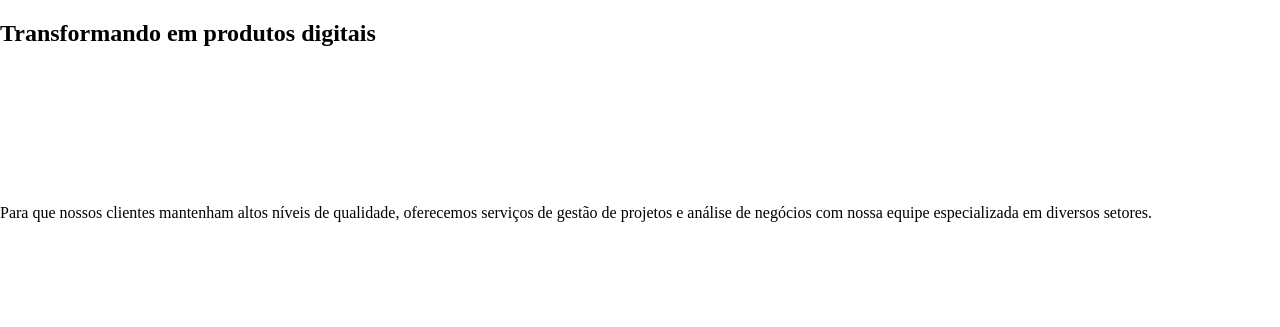
Repository: kleber-goncalves/Landing-Page-Gestao-de-projetos-dnc
Page: index.html
An editor plug-in stored every save of this project. The page is shown before and after the next save, followed by the edit.
The browser window is 1280 px wide. The pictures show the whole page.

Above is the page before, as saved 2025-01-04 14:48:36.

After the next save:
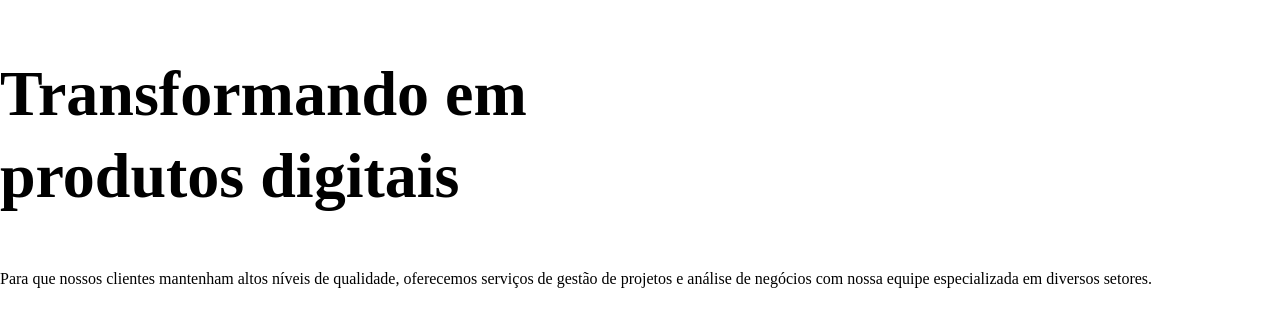
Saved 24 s later.
--- a/style.css
+++ b/style.css
@@ -14,4 +14,12 @@ body {
 #elemnt-topo > h1 {
     width: 665px;
     height: 164px;
+    font-family: Manrope;
+font-size: 64px;
+font-weight: 800;
+line-height: 82px;
+text-align: left;
+text-underline-position: from-font;
+text-decoration-skip-ink: none;
+
 }
